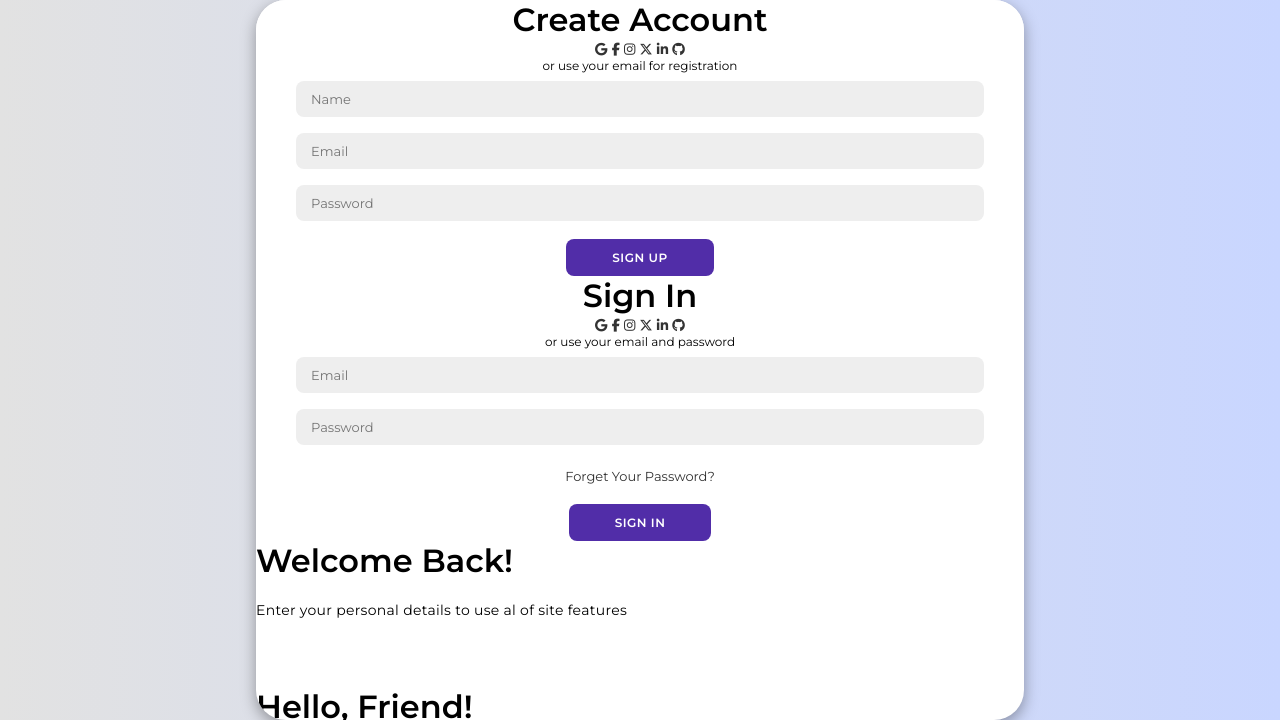
Repository: DevMike1993/Animated_Login_Page
Page: index.html
An editor plug-in stored every save of this project. The page is shown before and after a run of saves, followed by the edit.
The browser window is 1280 px wide. The pictures show the whole page.

Above is the page before, as saved 2023-12-17 20:20:22.

After the next 5 saves:
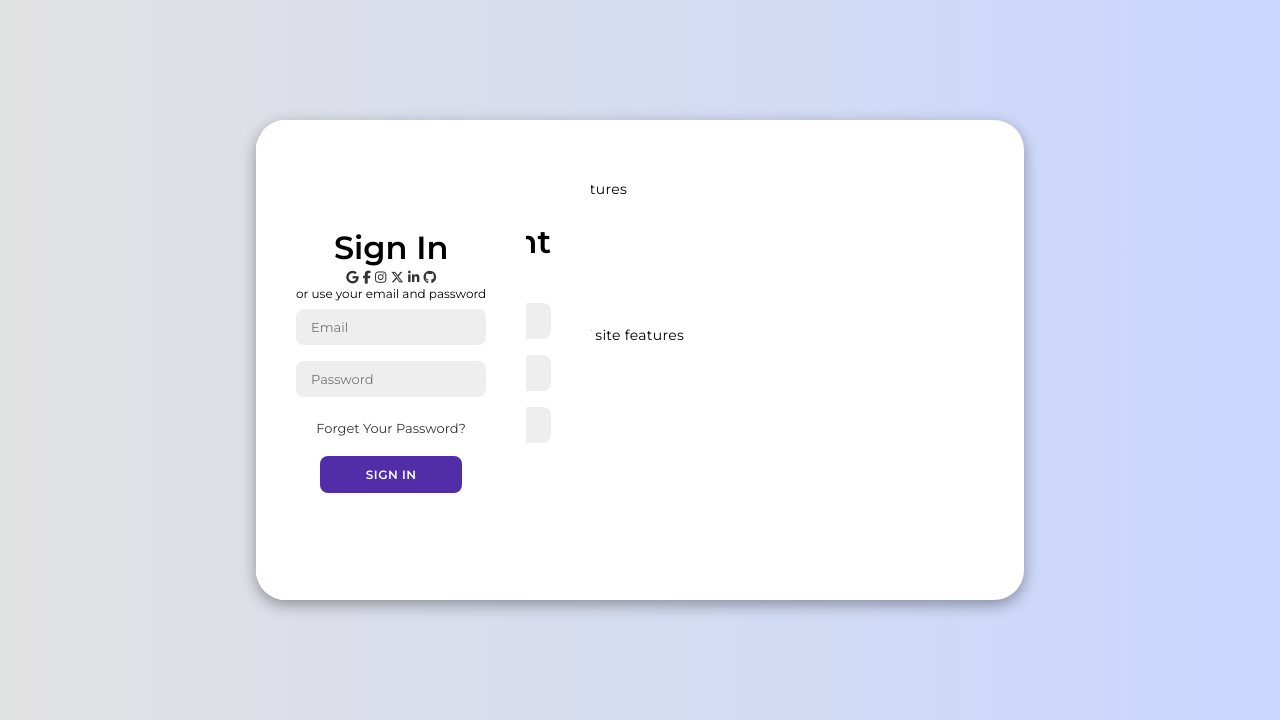
The 5 saves are shown as one change because they came seconds apart.
The last was saved 14 s later.
--- a/style.css
+++ b/style.css
@@ -87,5 +87,8 @@ body{
 }
 
 .form-container{
-    pos
+    position: absolute;
+    top: 0;
+    height: 100%;
+
 }
